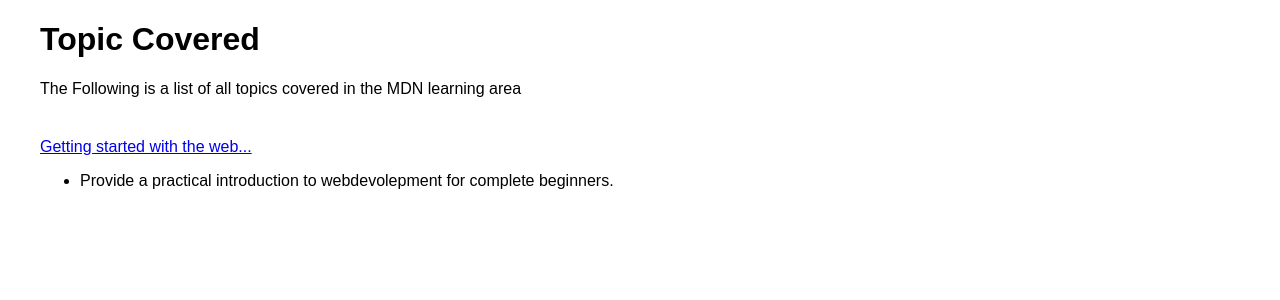
Repository: sriram1224/ReactProjects.github.io
Page: Assignments/Assignment1/index.html
An editor plug-in stored every save of this project. The page is shown before and after the next save, followed by the edit.
The browser window is 1280 px wide. The pictures show the whole page.

Above is the page before, as saved 2024-03-01 10:04:04.

After the next save:
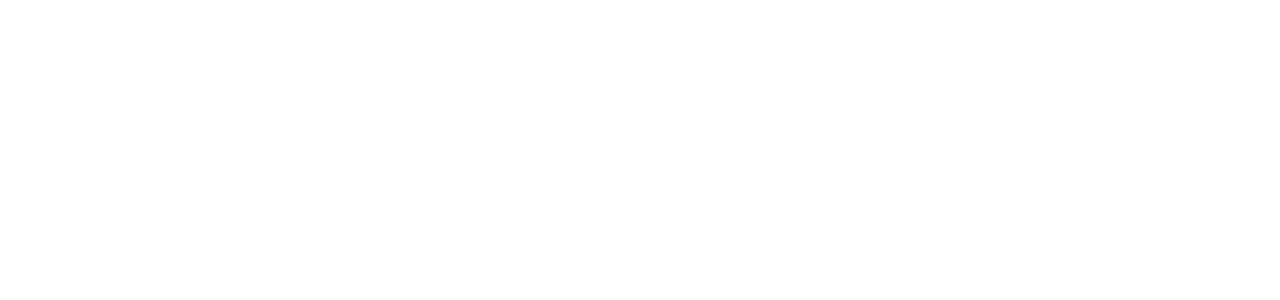
Console error: SyntaxError: Invalid shorthand property initializer
Saved 13 s later.
--- a/Assignments/Assignment1/index.html
+++ b/Assignments/Assignment1/index.html
@@ -46,7 +46,7 @@
       [
       React.createElement('a', {href: 'http://example.com'}, 'Getting started with the web...'),
       React.createElement('ul', {}, [
-        React.createElement('li', {}, 'Provide a practical introduction to webdevolepment for complete beginners.'),
+        React.createElement('li', {id ="p"}, 'Provide a practical introduction to webdevolepment for complete beginners.'),
 
       ]),
       React.createElement('p', {}, ''),]);

After the 2 saves that followed:
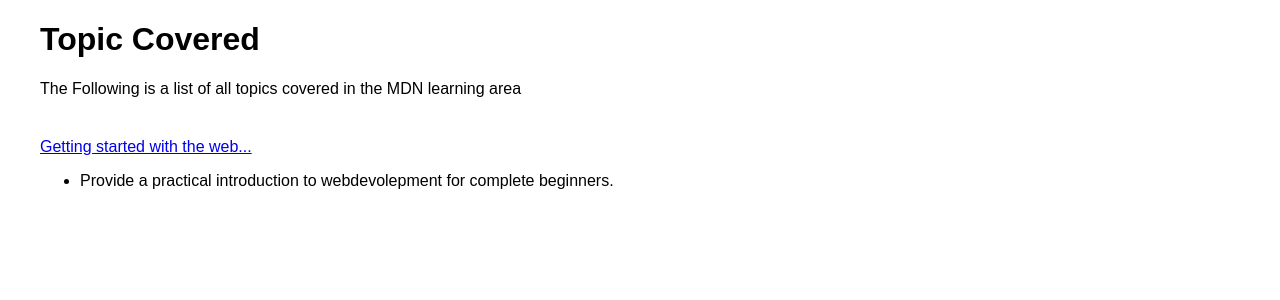
The error is gone.
The 2 saves are shown as one change because 1 left the picture as it was.
The last was saved 13 s later.
--- a/Assignments/Assignment1/index.html
+++ b/Assignments/Assignment1/index.html
@@ -46,7 +46,7 @@
       [
       React.createElement('a', {href: 'http://example.com'}, 'Getting started with the web...'),
       React.createElement('ul', {}, [
-        React.createElement('li', {id ="p"}, 'Provide a practical introduction to webdevolepment for complete beginners.'),
+        React.createElement('li', {}, 'Provide a practical introduction to webdevolepment for complete beginners.'),
 
       ]),
       React.createElement('p', {}, ''),]);
